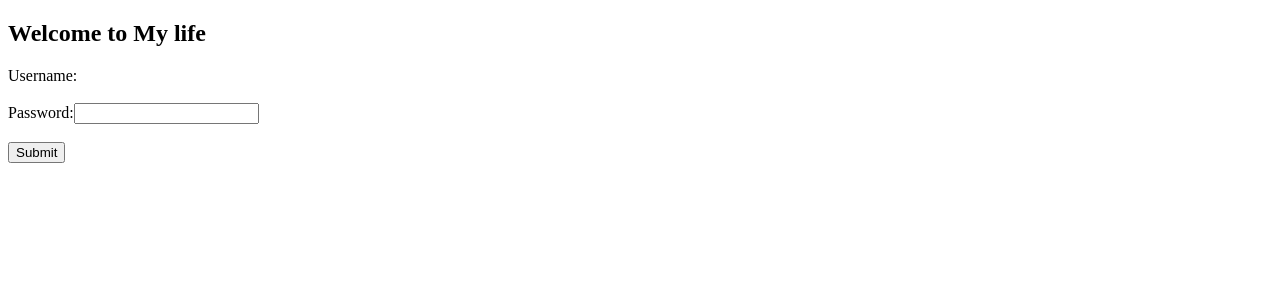
Repository: nagarjuna0287/workspace
Page: ServletProject/WebContent/Login.html
An editor plug-in stored every save of this project. The page is shown before and after the next save, followed by the edit.
The browser window is 1280 px wide. The pictures show the whole page.

Above is the page before, as saved 2017-03-08 05:55:33.

After the next save:
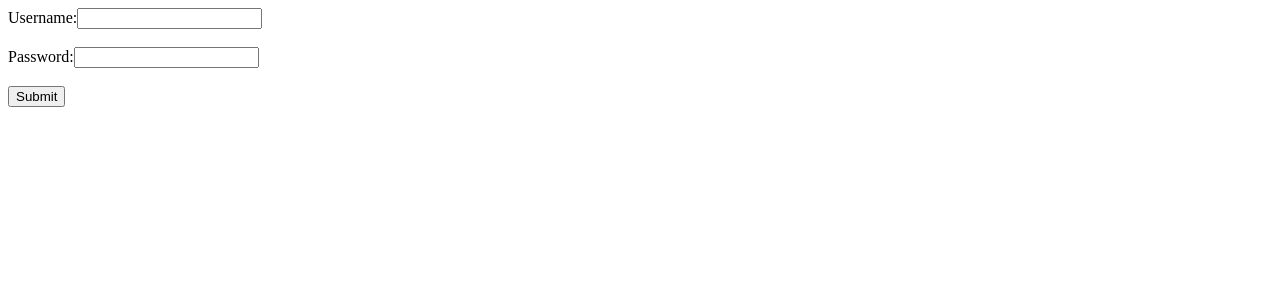
Saved 29 s later.
--- a/ServletProject/WebContent/Login.html
+++ b/ServletProject/WebContent/Login.html
@@ -4,9 +4,9 @@
 <title>LoginPage</title>
 </head>
 <body>
-<h2>Welcome to My life</h2>
+
 <form action="LoginServlet" method="post">
-Username:<input type="hidden" name="uname"></input>
+Username:<input type="text" name="uname"></input>
 <br></br>
 Password:<input type=password name="pwd"></input>
 <br></br>
